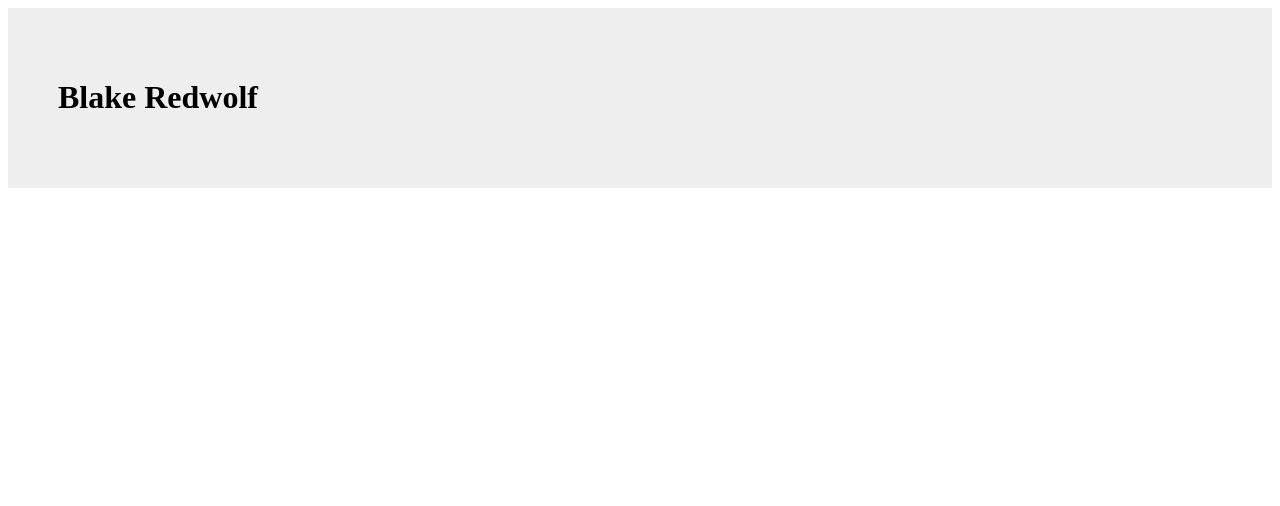
Repository: BlakeRedwolf/react_UI
Page: home.html
The author's editor kept a copy of each file at every save. The page is drawn from the files as they stood at one save, then again after the next save.
The browser window is 1280 px wide. The pictures show the whole page.
Some web libraries are served in a nearby version.

Above is the page before, as saved 2021-06-18 14:13:33.

After the next save:
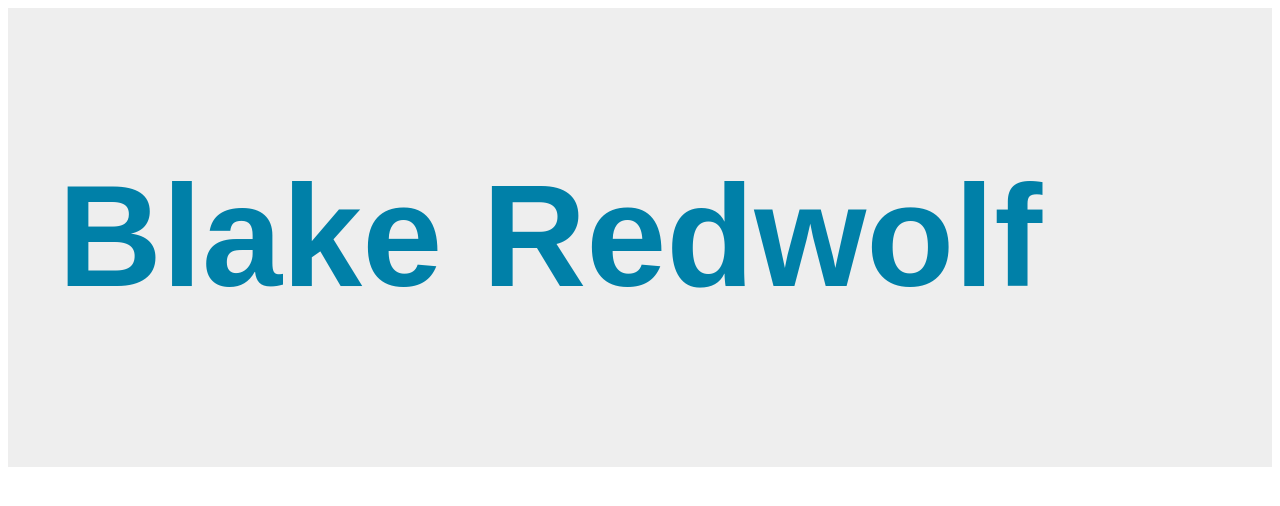
Saved 40 s later.
--- a/home.html
+++ b/home.html
@@ -12,6 +12,11 @@
             #container {
                 padding: 50px;
                 background-color: #eee;
+            }
+            #container h1 {
+                font-size: 144px;
+                font-family: sans-serif;
+                color: #0080A8;
             }
         </style>
 
